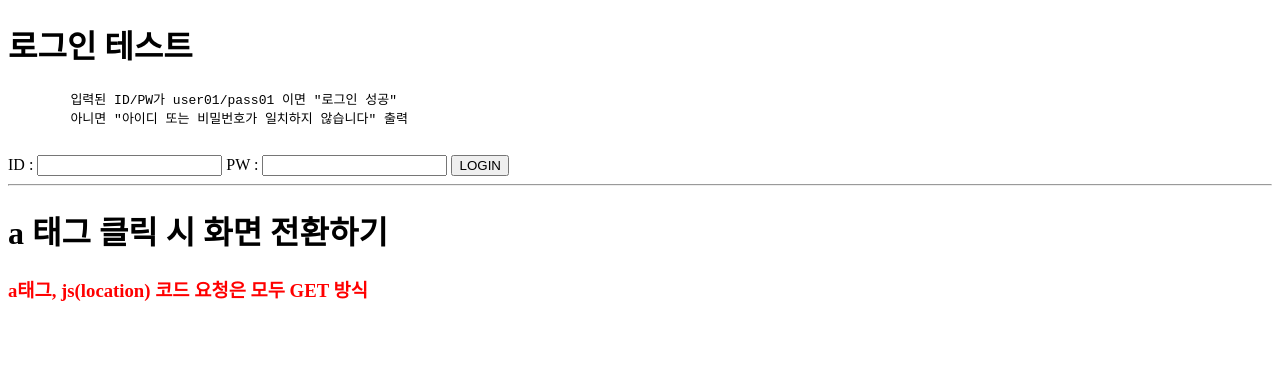
Repository: seungjoo1217/05_Server
Page: JSPProject1/src/main/webapp/index.html
These files come from the project's save history. The page is drawn as it stood at one moment and after the next save; the edit follows.
The browser window is 1280 px wide. The pictures show the whole page.

Above is the page before, as saved 2024-03-22 01:25:29.

After the next save:
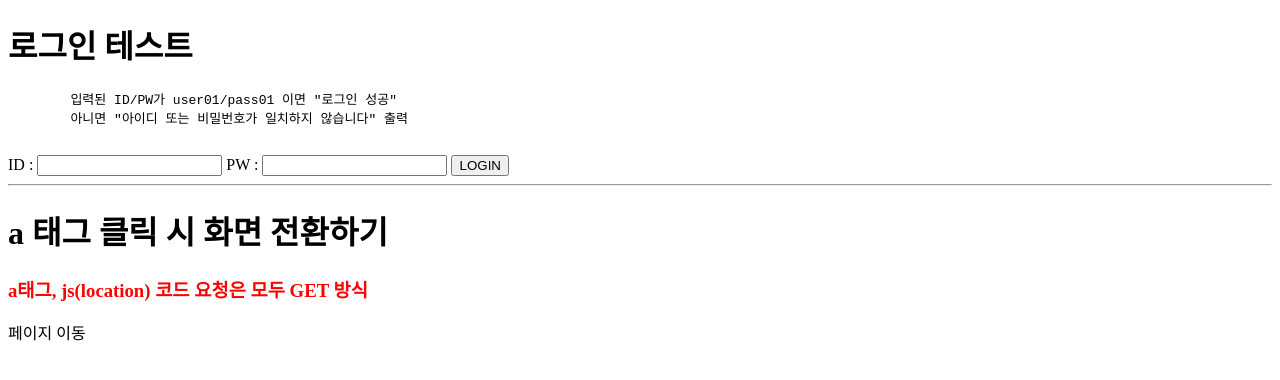
Saved 8 s later.
--- a/JSPProject1/src/main/webapp/index.html
+++ b/JSPProject1/src/main/webapp/index.html
@@ -25,7 +25,7 @@
 
     <h3 style="color : red;">a태그, js(location) 코드 요청은 모두 GET 방식</h3>
 
-
+    <a>페이지 이동</a>
 
 
 
